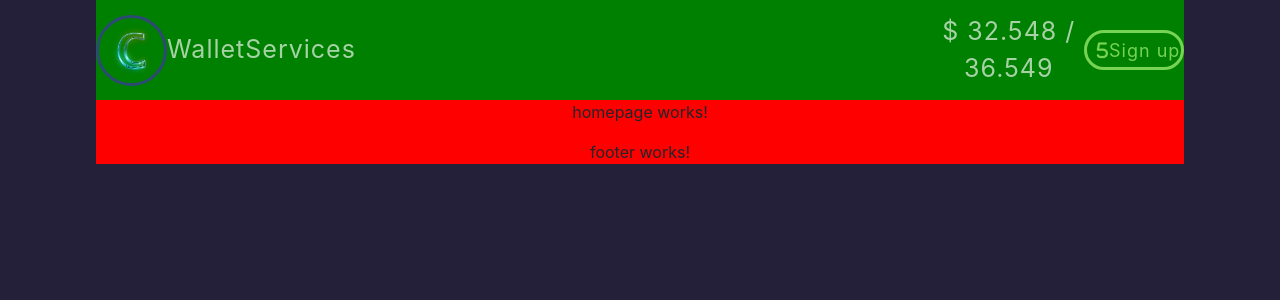
Repository: YuriyBen/Corzbank
Page: / (app in Corzbank.Web/ClientApp/)
An editor plug-in stored every save of this project. The page is shown before and after a run of saves, followed by the edit.
The browser window is 1280 px wide. The pictures show the whole page.
Some web libraries are served in a nearby version. The project was rebuilt for these pictures with package versions that can differ from the ones it lists, and the page was loaded fresh each time. Also part of the build but not shown: Corzbank.Web/ClientApp/angular.json.

Above is the page before, as saved 2022-05-19 20:27:09.

After the next 2 saves:
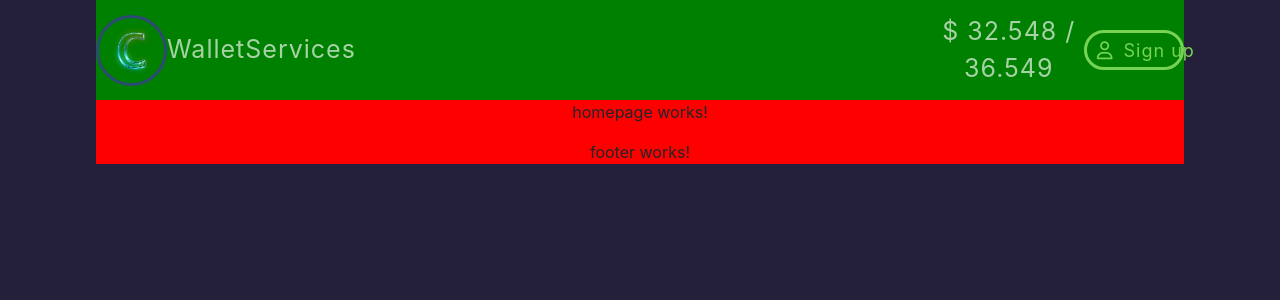
The 2 saves are shown as one change because they came seconds apart.
The last was saved 72 s later.
--- a/Corzbank.Web/ClientApp/src/app/header/header.component.html
+++ b/Corzbank.Web/ClientApp/src/app/header/header.component.html
@@ -4,16 +4,14 @@
             <img src="assets/photos/logo.png" alt="logo">
         </div>
         <span>Wallet</span>
-        <div class="services">
-            <span>Services</span>
-        </div>
+        <span>Services</span>
     </div>
     <div class="right-block">
         <div class="exchange">
             <span>$ 32.548 / 36.549</span>
         </div>
         <div class="account">
-            <i class="fa-solid fa-5"></i>
+            <i class="far fa-user"></i>
             <p>Sign up</p>
         </div>
     </div>
